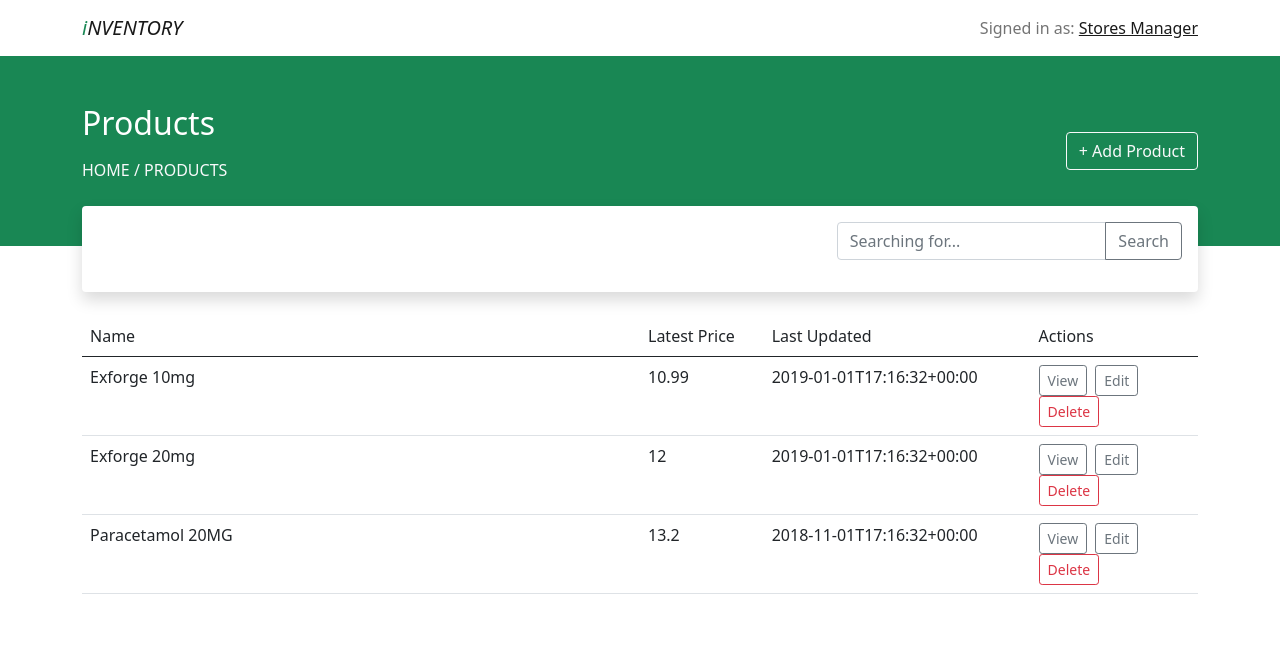
Repository: tHEO2k17/inventory-manager
Page: /
The author's editor kept a copy of each file at every save. The page is drawn from the files as they stood at one save, then again after the next save.
The browser window is 1280 px wide. The pictures show the whole page.
The project was rebuilt for these pictures with package versions that can differ from the ones it lists, and the page was loaded fresh each time.

Above is the page before, as saved 2021-08-31 09:34:41.

### src/index.tsx
import React from 'react';
import ReactDOM from 'react-dom';
import './index.scss';
import App from './presentation/App';

ReactDOM.render(
  <React.StrictMode>
    <App />
  </React.StrictMode>,
  document.getElementById('root')
);

### src/index.scss
@import '~bootstrap/scss/bootstrap.scss';

.mtn-40{
    margin-top: -40px;
}

### src/presentation/App.tsx
import ProductsPage from './pages/ProductsPage';

export default function App() {
  return ( <ProductsPage/> );
}

### src/presentation/pages/ProductsPage.tsx
import { Component } from "react"
import { Button, Card, Col, Container, FormControl, InputGroup, Row, Table } from "react-bootstrap";
import { mock } from "../../core/mock";
import Banner from "../components/Banner";
import Product from "../components/Product";
import ProductForm from "../components/ProductForm";
import TopBar from "../components/TopBar";

export default class ProductsPage extends Component {
    // constructor(props: any) {
    //     super(props);
    // }

    render() {
        return (
            <>
                <TopBar />
                <Banner />
                <Container>
                    <Card className="mtn-40 border-0 shadow">
                        <Card.Body>
                            <Row>
                                <Col md="4" className="offset-8">
                                    <InputGroup className="mb-3">
                                        <FormControl
                                            placeholder="Searching for..."
                                            aria-label="Searching for..."
                                            aria-describedby="basic-addon2"
                                        />
                                        <Button variant="outline-secondary" id="button-addon2"> Search</Button>
                                    </InputGroup>
                                </Col>
                            </Row>
                        </Card.Body>
                    </Card>
                    {/* <ProductForm /> */}
                    <br />
                    <Table>
                        <thead>
                            <tr>
                                <td width="50%">Name</td>
                                <td>Latest Price</td>
                                <td>Last Updated</td>
                                <td width="15%">Actions</td>
                            </tr>
                        </thead>
                        <tbody>
                            {
                                mock.products.map(product => <Product key={product.id} product={product} />)
                            }
                        </tbody>
                    </Table>
                </Container>
            </>
        );
    }
}

### src/core/mock.ts
export const mock = {
    "products": [
        {
            "id": 1,
            "name": "Exforge 10mg",
            "prices": [
                {
                    "id": 1,
                    "price": 10.99,
                    "date": "2019-01-01T17:16:32+00:00"
                },
                {
                    "id": 2,
                    "price": 9.20,
                    "date": "2018-11-01T17:16:32+00:00"
                }
            ]
        },
        {
            "id": 2,
            "name": "Exforge 20mg",
            "prices": [
                {
                    "id": 3,
                    "price": 12.00,
                    "date": "2019-01-01T17:16:32+00:00"
                },
                {
                    "id": 4,
                    "price": 13.20,
                    "date": "2018-11-01T17:16:32+00:00"
                }
            ]
        },
        {
            "id": 3,
            "name": "Paracetamol 20MG",
            "prices": [
                {
                    "id": 5,
                    "price": 5.00,
                    "date": "2017-01-01T17:16:32+00:00"
                },
                {
                    "id": 6,
                    "price": 13.20,
                    "date": "2018-11-01T17:16:32+00:00"
                }
            ]
        }
    ]
};

### src/presentation/components/Banner.tsx
import { Button, Col, Container, Row } from "react-bootstrap";

const Banner = () => {
    return (
        <section className="bg-success">
            <Container className="py-5 text-white">
                <Row className="align-items-center">
                    <Col>
                        <h2>Products</h2>
                        <p className="text-light mt-3 fw-light fs-6">HOME / PRODUCTS</p>
                    </Col>
                    <Col>
                        <Button variant="outline-light" className="float-end">+ Add Product</Button>
                    </Col>
                </Row>
            </Container>
        </section>
    );
}

export default Banner;

### src/presentation/components/Product.tsx
import { Button } from "react-bootstrap"
import moment from 'moment';

const Product = ({ product }: ProductProps) => {

    const findLatestPriceInfo = (prices: any[]): any => {
        return prices.reduce(
            (acc: any, value: any) =>
                moment(acc.date).isAfter(value.date)
                    ? acc
                    : value
        );
    }

    return (
        <tr>
            <td>{product.name}</td>
            <td>{findLatestPriceInfo(product.prices).price}</td>
            <td>{findLatestPriceInfo(product.prices).date}</td>
            <td>
                <Button size="sm" variant="outline-secondary">View</Button>
                <Button size="sm" variant="outline-secondary" className="mx-2">Edit</Button>
                <Button size="sm" variant="outline-danger">Delete</Button>
            </td>
        </tr>
    );

}

export default Product;

type ProductProps = {
    key: any,
    product: any
}

### src/presentation/components/TopBar.tsx
import { Container, Navbar } from "react-bootstrap";

const TopBar = () => {
    return (
        <Navbar>
            <Container>
                <Navbar.Brand href="#home" className="fst-italic"><span className="text-success">i</span>NVENTORY</Navbar.Brand>
                <Navbar.Toggle />
                <Navbar.Collapse className="justify-content-end">
                    <Navbar.Text>
                        Signed in as: <a href="#login">Stores Manager</a>
                    </Navbar.Text>
                </Navbar.Collapse>
            </Container>
        </Navbar>
    );
}

export default TopBar;

Loaded but not shown: public/index.html (common file)

After the next save:
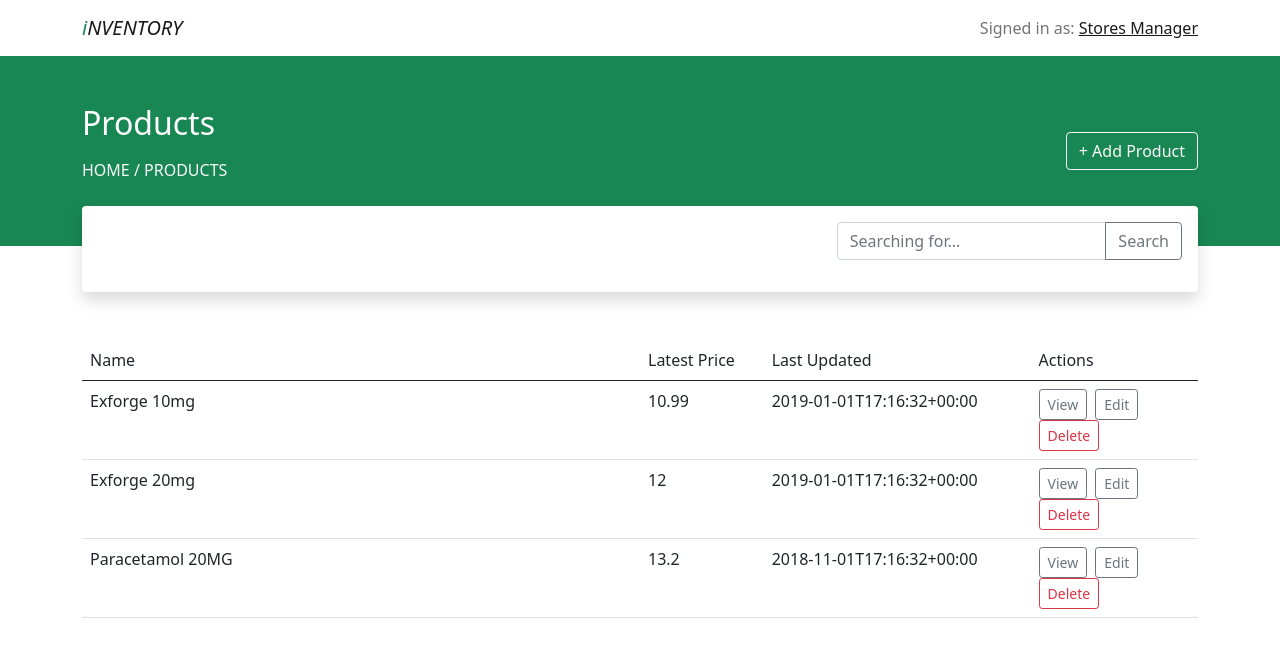
Saved 18 s later.
--- a/src/presentation/pages/ProductsPage.tsx
+++ b/src/presentation/pages/ProductsPage.tsx
@@ -34,8 +34,7 @@ export default class ProductsPage extends Component {
                         </Card.Body>
                     </Card>
                     {/* <ProductForm /> */}
-                    <br />
-                    <Table>
+                    <Table className="mt-5">
                         <thead>
                             <tr>
                                 <td width="50%">Name</td>
